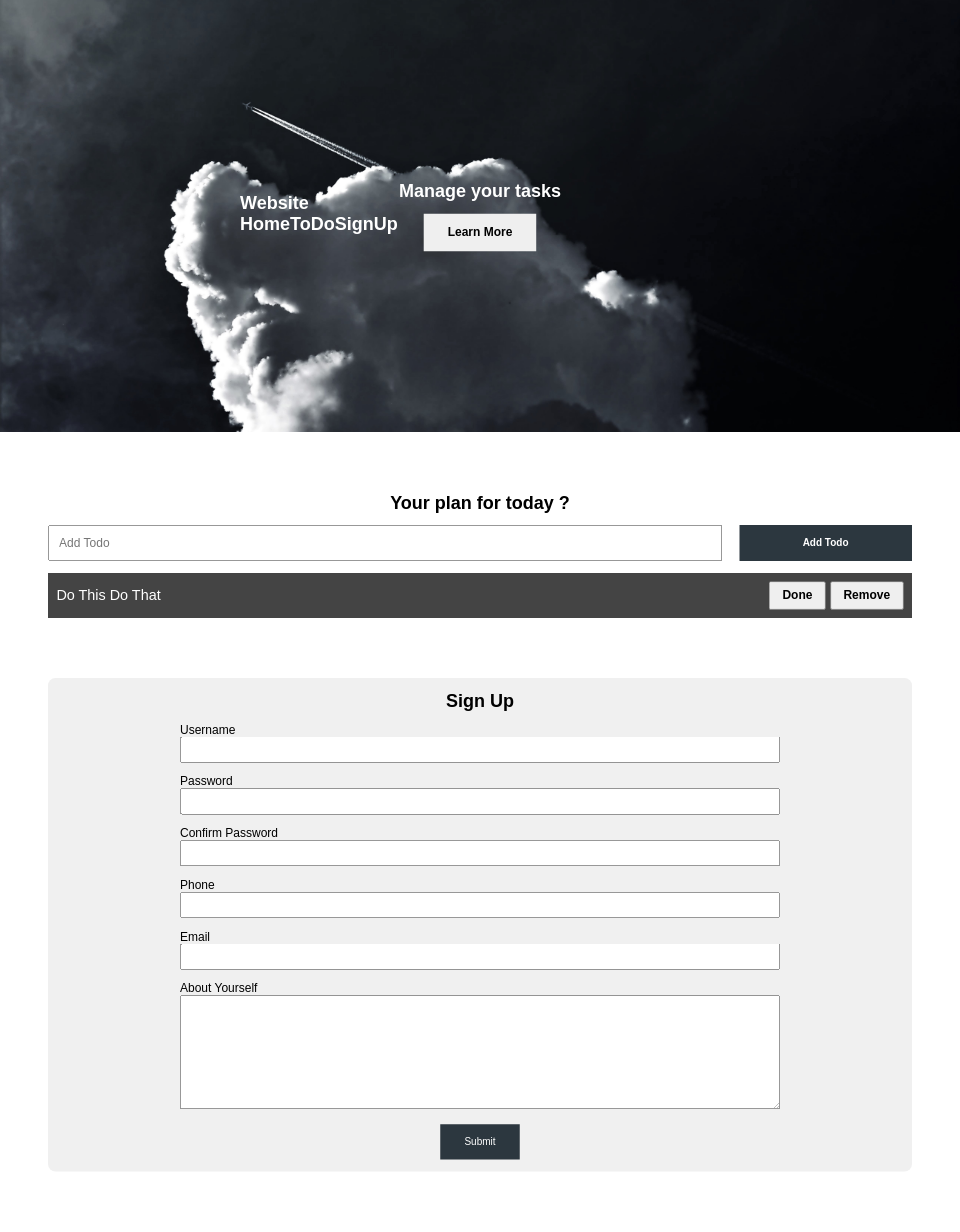
Repository: codewithfaizan/JavaScriptSelf
Page: 27.08.2022/index.html
The author's editor kept a copy of each file at every save. The page is drawn from the files as they stood at one save, then again after a run of saves.
The browser window is 1280 px wide. The pictures show the whole page, at 75% of full size.

Above is the page before, as saved 2022-08-27 17:08:40.

After the next 3 saves:
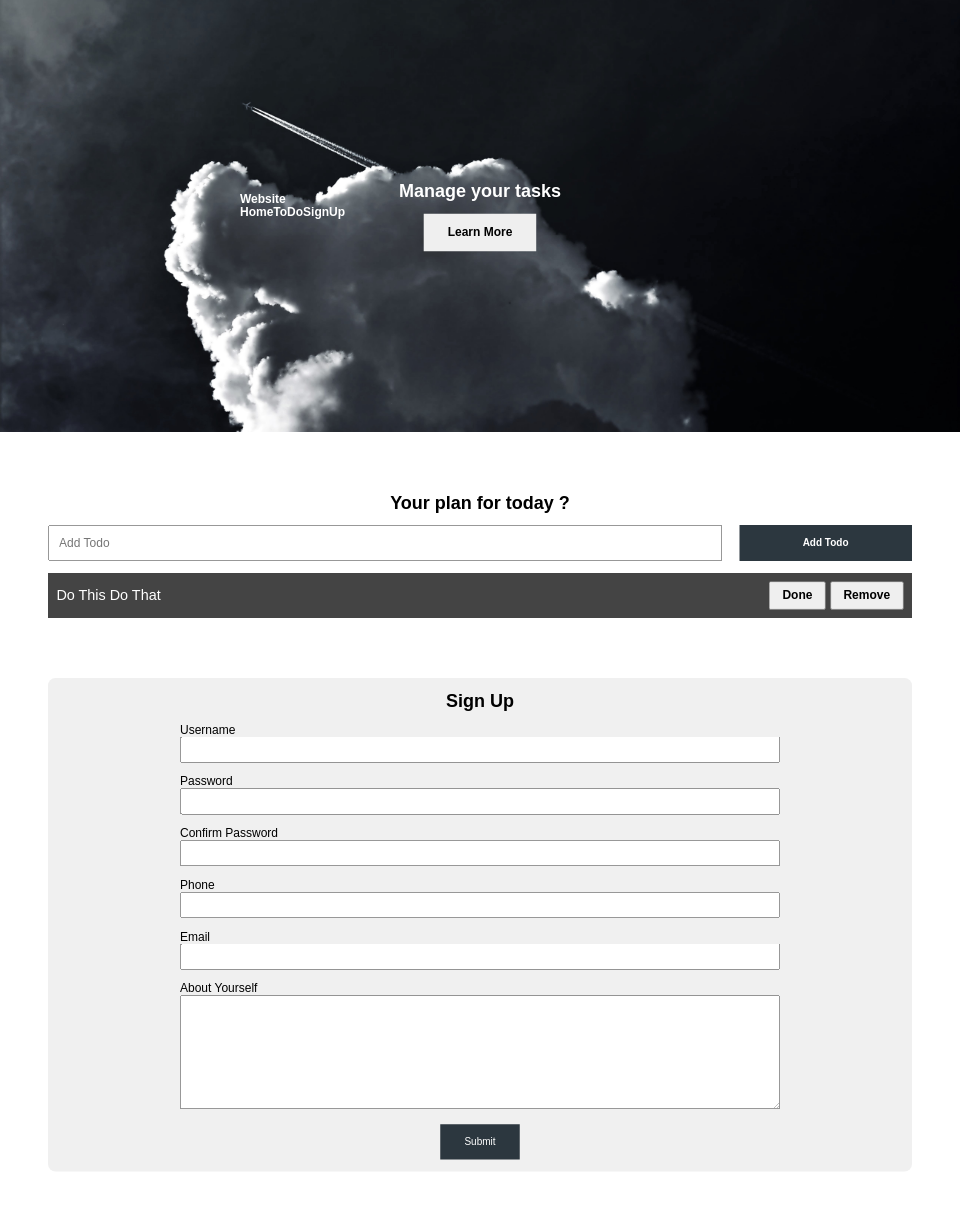
The 3 saves are shown as one change because they came seconds apart.
The last was saved 8 s later.
--- a/27.08.2022/style.css
+++ b/27.08.2022/style.css
@@ -42,7 +42,7 @@ a{
     grid-row: auto;
   }
   .logo{
-
+    font-size: 100%;
   }
 
   .nav-items {
